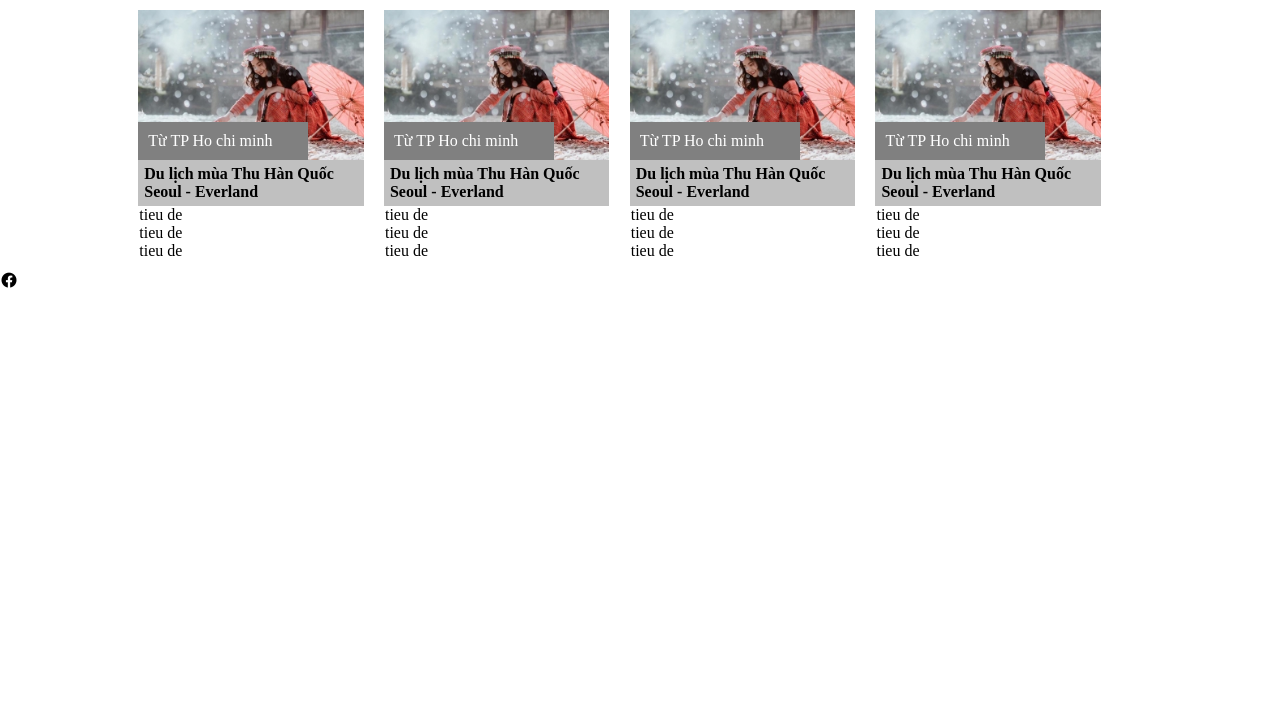
Repository: hoang71299/fe_26
Page: buoi 6/2.html
An editor plug-in stored every save of this project. The page is shown before and after the next save, followed by the edit.
The browser window is 1280 px wide. The pictures show the whole page.

Above is the page before, as saved 2022-08-30 16:34:37.

After the next save:
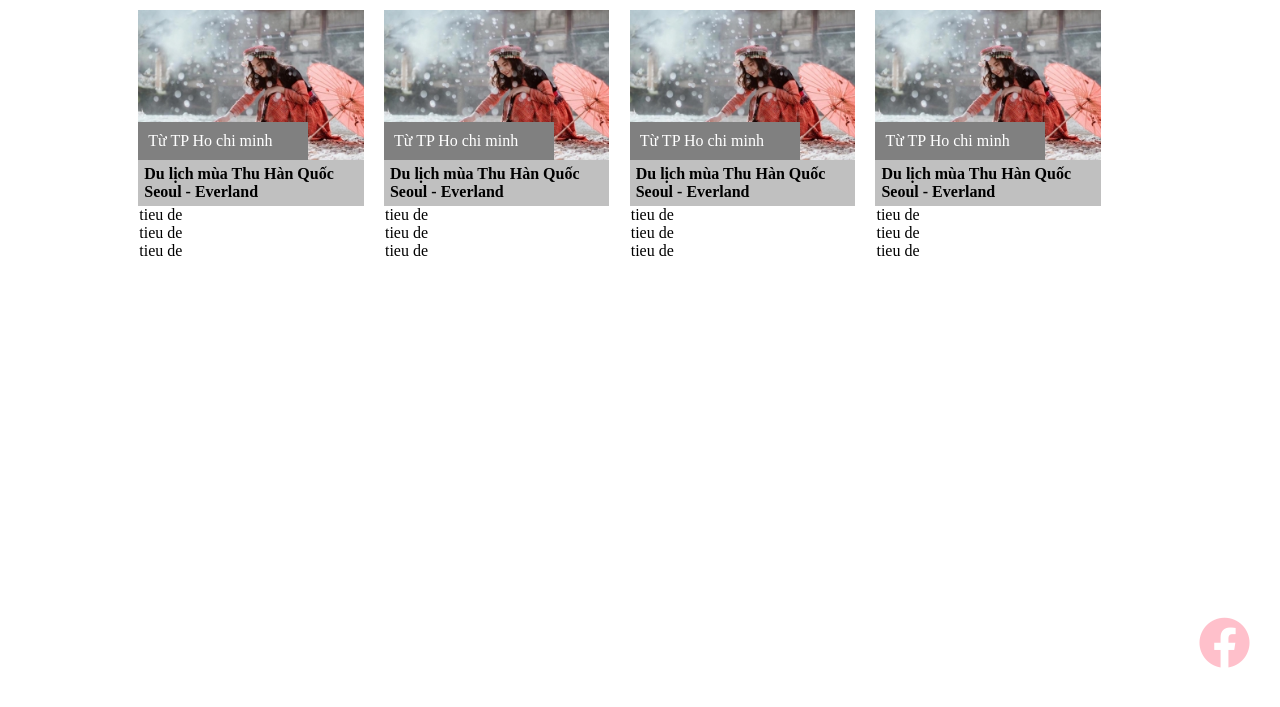
Saved 18 s later.
--- a/buoi 6/2.css
+++ b/buoi 6/2.css
@@ -98,6 +98,11 @@ html,body{
     font-size: 16px;
 
 }
-.icon i{
-    font-size: 18px;
+.icon {
+    font-size: 60px;
+    color: pink;
+    cursor: pointer;
+    position: fixed;
+    right: 2%;
+    bottom: 5%;;
 }
